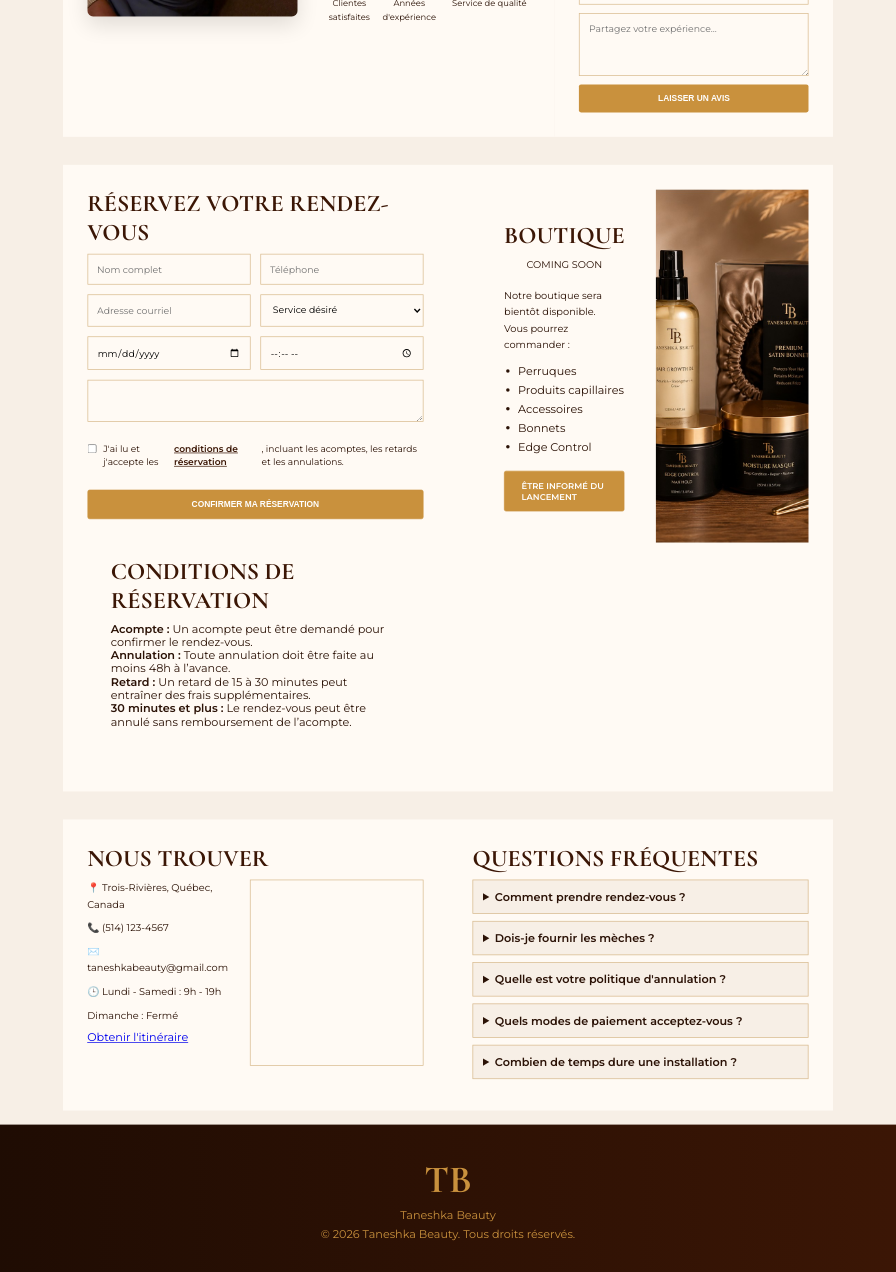
Repository: kngnepi/Taneshka-Beauty-House
Page: index.html
The author's editor kept a copy of each file at every save. The page is drawn from the files as they stood at one save, then again after the next save.
The browser window is 1280 px wide. The pictures show the part of the page from y = 2582 to 4502 px (the page is 4399 px tall before and 4502 px after), at 70% of full size.
Pictures or frames that could not be fetched are drawn as grey boxes.

Above is the page before, as saved 2026-07-05 19:54:23.

After the next save:
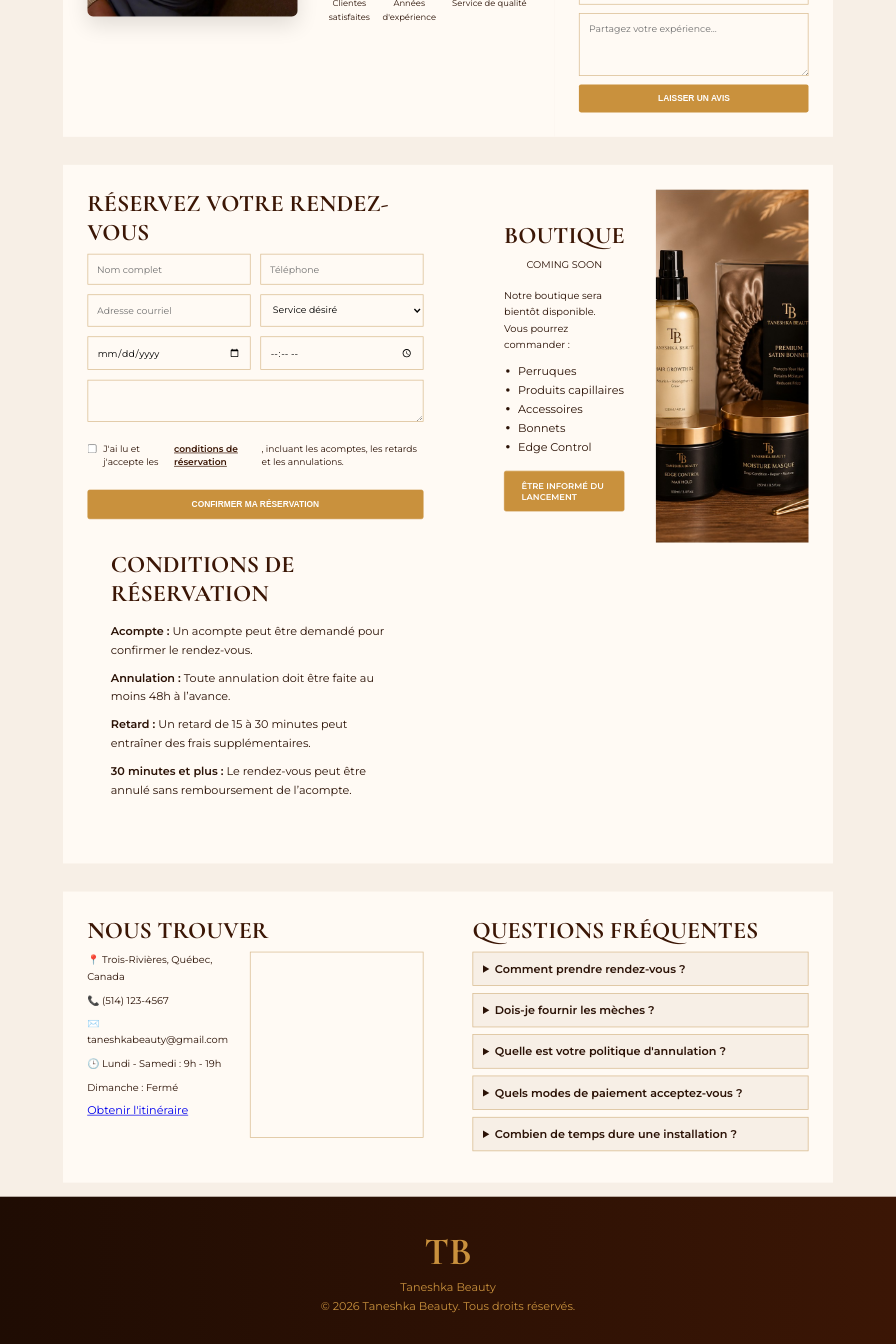
Saved 27 s later.
--- a/style.css
+++ b/style.css
@@ -619,3 +619,17 @@
     grid-column: span 1;
   }
 }
+.booking-policy {
+  background: var(--light-cream);
+  padding: 45px 7%;
+}
+
+.booking-policy h2 {
+  color: var(--brown);
+  margin-bottom: 20px;
+}
+
+.booking-policy p {
+  margin-bottom: 12px;
+  line-height: 1.7;
+}
